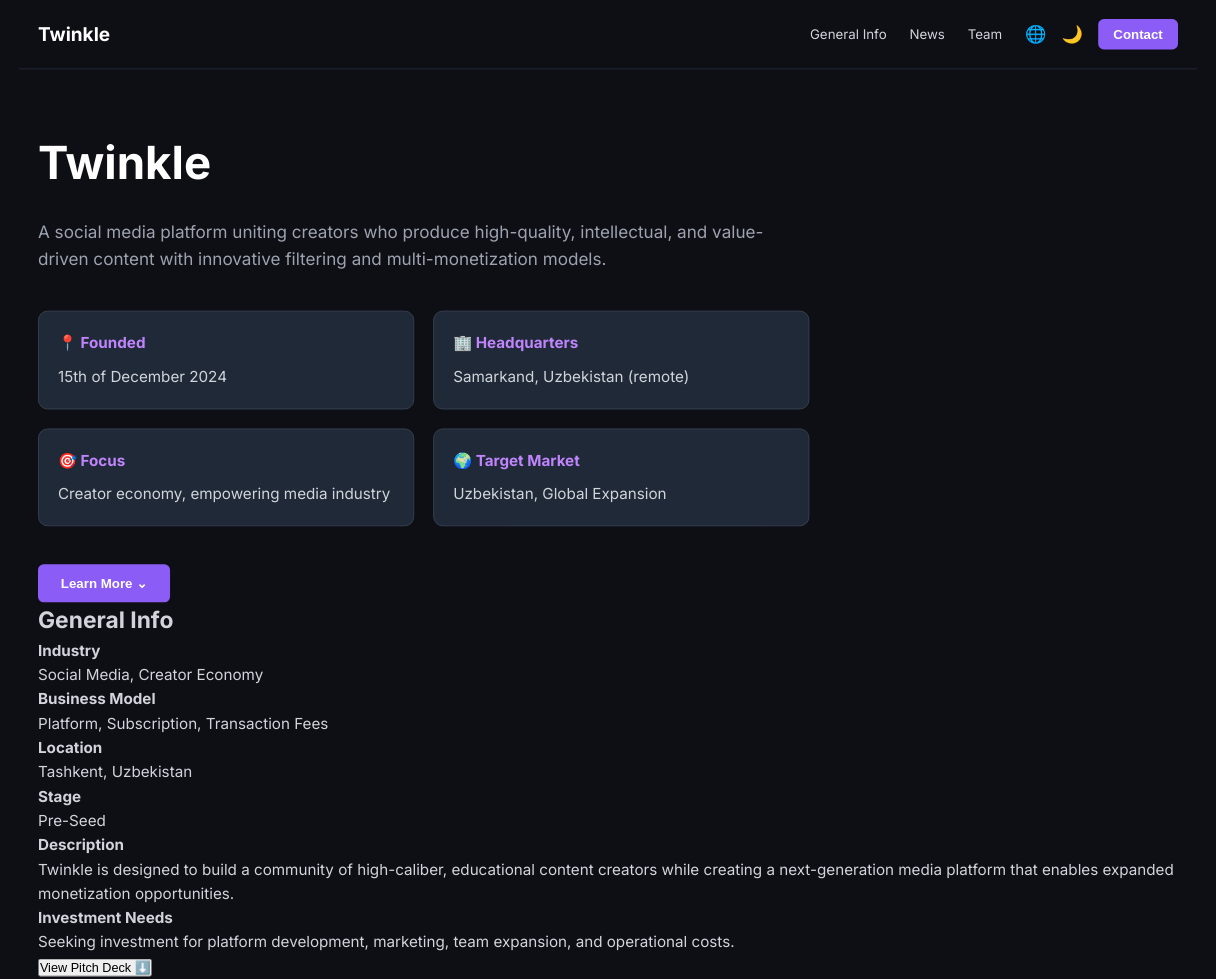
Repository: techboy-33/Twinkle-web
Page: index.html
The author's editor kept a copy of each file at every save. The page is drawn from the files as they stood at one save, then again after the next save.
The browser window is 1280 px wide. The pictures show the whole page, at 95% of full size.

Above is the page before, as saved 2025-05-12 10:09:29.

After the next save:
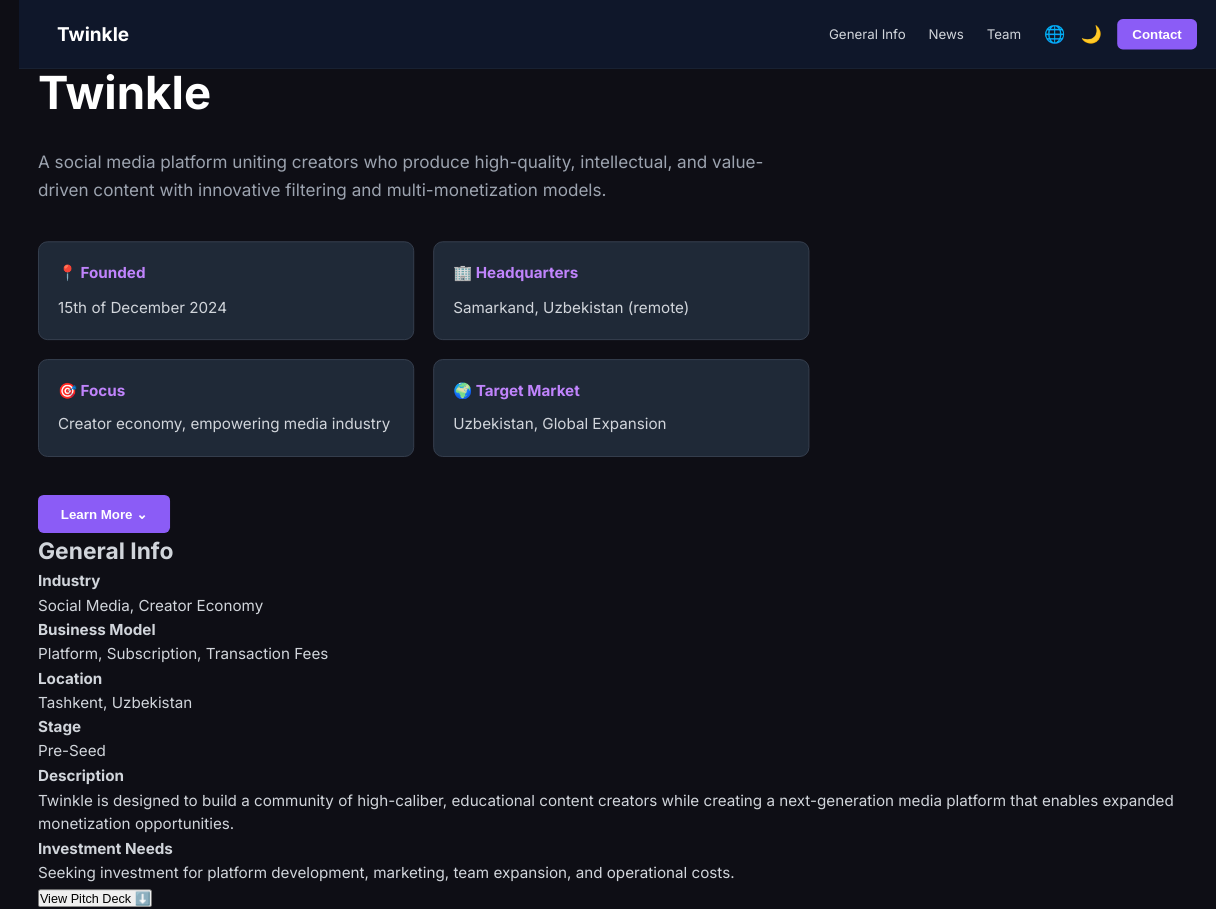
Saved 15 s later.
--- a/styles.css
+++ b/styles.css
@@ -18,7 +18,11 @@
 }
 
 .navbar {
-  background: transparent;
+  position: fixed;
+  top: 0;
+  width: 100%;
+  background-color: #0f172a;
+  z-index: 1000;
   border-bottom: 1px solid #1f2937;
   padding: 20px 0;
 }
